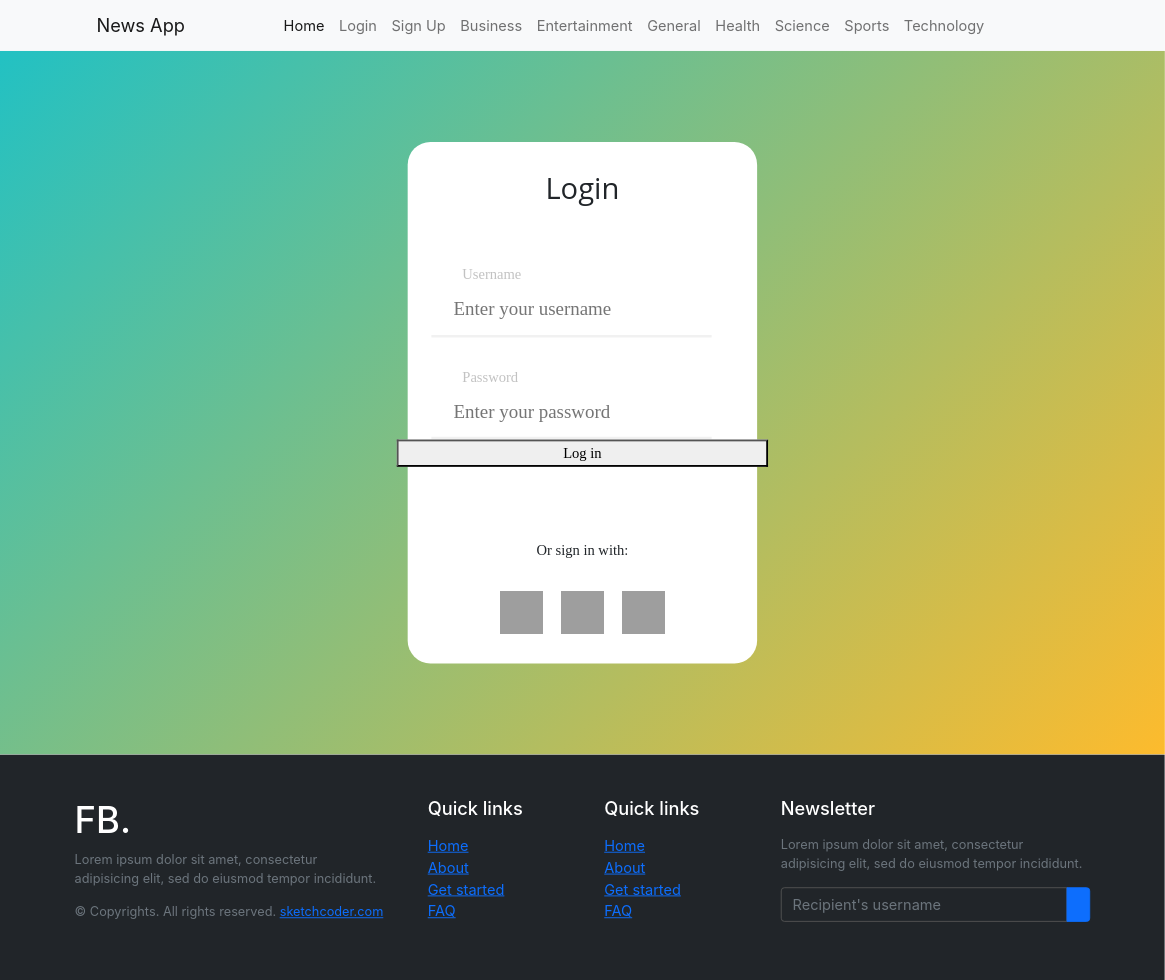
Repository: ZainAkbar51214/News-Site
Page: /login
The author's editor kept a copy of each file at every save. The page is drawn from the files as they stood at one save, then again after the next save.
The browser window is 1280 px wide. The pictures show the whole page, at 91% of full size.
Pictures or frames that could not be fetched are drawn as grey boxes. The project was rebuilt for these pictures with package versions that can differ from the ones it lists, and the page was loaded fresh each time. Also part of the build but not shown: src/Components/pages/SignUp.jsx, src/Components/Layouts/NewsItem.js, src/Components/Spinner.jsx, src/Components/Layouts/News.js.

Above is the page before, as saved 2023-12-18 03:52:16.

### public/index.html
<!DOCTYPE html>
<html lang="en">
  <head>
    <meta charset="utf-8" />
    <link rel="icon" href="%PUBLIC_URL%/favicon.ico" />
    <meta name="viewport" content="width=device-width, initial-scale=1" />
    <meta name="theme-color" content="#000000" />
    <meta
      name="description"
      content="Web site created using create-react-app"
    />
    <link rel="apple-touch-icon" href="%PUBLIC_URL%/logo192.png" />

    <link rel="manifest" href="%PUBLIC_URL%/manifest.json" />

    <title>News App</title>
    <!-- Bootstrap cdn -->
    <link href="https://cdn.jsdelivr.net/npm/bootstrap@5.0.2/dist/css/bootstrap.min.css" rel="stylesheet" integrity="sha384-EVSTQN3/azprG1Anm3QDgpJLIm9Nao0Yz1ztcQTwFspd3yD65VohhpuuCOmLASjC" crossorigin="anonymous">
  </head>
  <body>
    <noscript>You need to enable JavaScript to run this app.</noscript>
    <div id="root"></div>


    <!-- Bootstrap Script -->
    <script src="https://cdn.jsdelivr.net/npm/@popperjs/core@2.9.2/dist/umd/popper.min.js" integrity="sha384-IQsoLXl5PILFhosVNubq5LC7Qb9DXgDA9i+tQ8Zj3iwWAwPtgFTxbJ8NT4GN1R8p" crossorigin="anonymous"></script>
<script src="https://cdn.jsdelivr.net/npm/bootstrap@5.0.2/dist/js/bootstrap.min.js" integrity="sha384-cVKIPhGWiC2Al4u+LWgxfKTRIcfu0JTxR+EQDz/bgldoEyl4H0zUF0QKbrJ0EcQF" crossorigin="anonymous"></script>
  </body>
</html>

### src/App.js
import React from "react";
import {
  BrowserRouter as Router,
  Switch,
  Route
} from "react-router-dom";
import Navbar from './Components/Header/Navbar';
import Footer from './Components/Footer/Footer';
import Login from "./Components/pages/Login";
import SignUp from "./Components/pages/SignUp";
import News from "./Components/Layouts/News";

function App() {
  return (
    <Router>
      <Navbar />
        <Switch>
          <Route path="/" exact><News key="general" pageSize={5} country="in" category="general" /></Route>
          <Route path="/business" exact><News key="business" pageSize={5} country="in" category="business" /></Route>
          <Route path="/entertainment" exact><News key="entertainment" pageSize={5} country="in" category="entertainment" /></Route>
          <Route path="/health" exact><News key="health" pageSize={5} country="in" category="health" /></Route>
          <Route path="/science" exact><News key="science" pageSize={5} country="in" category="science" /></Route>
          <Route path="/sports" exact><News key="sports" pageSize={5} country="in" category="sports" /></Route>
          <Route path="/technology" exact><News key="technology" pageSize={5} country="in" category="technology" /></Route>
          <Route path="/login">
            <Login />
          </Route>
          <Route path="/sign-up">
            <SignUp />
          </Route>
        </Switch>
      <Footer />
  </Router>
  );
}

export default App;

### src/Components/Header/Navbar.jsx
import React, { Component } from 'react';
import { Link } from 'react-router-dom';

class Navbar extends Component {
    render() {
        return (
            <div>
                <div className="container-fluid bg-light">
                <div className="container">
                    <div className="row">
                        <div className="col-md-12">
                            <nav className="navbar navbar-expand-lg navbar-light">
                                <div className="container-fluid">
                                    <Link className="navbar-brand" to="/">News App</Link>
                                    <button className="navbar-toggler" type="button" data-bs-toggle="collapse" data-bs-target="#navbarSupportedContent" aria-controls="navbarSupportedContent" aria-expanded="false" aria-label="Toggle navigation">
                                        <span className="navbar-toggler-icon"></span>
                                    </button>
                                    <div className="collapse navbar-collapse" id="navbarSupportedContent">
                                        <ul className="navbar-nav mx-auto mb-2 mb-lg-0">
                                            <li className="nav-item">
                                                <Link className="nav-link active" aria-current="page" to="/">Home</Link>
                                            </li>
                                            <li className="nav-item">
                                                <Link className="nav-link" to="/login">Login</Link>
                                            </li>
                                            <li className="nav-item">
                                                <Link className="nav-link" to="/sign-up">Sign Up</Link>
                                            </li>
                                            <li className="nav-item">
                                                <Link className="nav-link" to="/business">Business</Link>
                                            </li>
                                            <li className="nav-item">
                                                <Link className="nav-link" to="/entertainment">Entertainment</Link>
                                            </li>
                                            <li className="nav-item">
                                                <Link className="nav-link" to="/">General</Link>
                                            </li>
                                            <li className="nav-item">
                                                <Link className="nav-link" to="/health">Health</Link>
                                            </li>
                                            <li className="nav-item">
                                                <Link className="nav-link" to="/science">Science</Link>
                                            </li>
                                            <li className="nav-item">
                                                <Link className="nav-link" to="/sports">Sports</Link>
                                            </li>
                                            <li className="nav-item">
                                                <Link className="nav-link" to="/technology">Technology</Link>
                                            </li>
                                        </ul>
                                    </div>
                                </div>
                            </nav>
                        </div>
                    </div>
                </div>
            </div>
            </div>
        );
    }
}

export default Navbar;

### src/Components/Footer/Footer.jsx
import React from "react";
import { Link } from "react-router-dom";
import '../Footer/Footer.css';

const Navbar = () => {
    return (
        <>
            <div className="d-flex flex-column h-100" style={{overflow: 'hidden'}}>
                {/* <!-- FOOTER --> */}
                <footer className="w-100 py-4 flex-shrink-0">
                    <div className="container py-4">
                        <div className="row gy-4 gx-5">
                            <div className="col-lg-4 col-md-6">
                                <h5 className="h1 text-white">FB.</h5>
                                <p className="small text-muted">Lorem ipsum dolor sit amet, consectetur adipisicing elit, sed do eiusmod tempor incididunt.</p>
                                <p className="small text-muted mb-0">&copy; Copyrights. All rights reserved. <Link className="text-primary" to="https://sketchcoder.com" target="_blank">sketchcoder.com</Link></p>
                            </div>
                            <div className="col-lg-2 col-md-6">
                                <h5 className="text-white mb-3">Quick links</h5>
                                <ul className="list-unstyled text-muted">
                                    <li><Link to="#">Home</Link></li>
                                    <li><Link to="#">About</Link></li>
                                    <li><Link to="#">Get started</Link></li>
                                    <li><Link to="#">FAQ</Link></li>
                                </ul>
                            </div>
                            <div className="col-lg-2 col-md-6">
                                <h5 className="text-white mb-3">Quick links</h5>
                                <ul className="list-unstyled text-muted">
                                    <li><Link to="#">Home</Link></li>
                                    <li><Link to="#">About</Link></li>
                                    <li><Link to="#">Get started</Link></li>
                                    <li><Link to="#">FAQ</Link></li>
                                </ul>
                            </div>
                            <div className="col-lg-4 col-md-6">
                                <h5 className="text-white mb-3">Newsletter</h5>
                                <p className="small text-muted">Lorem ipsum dolor sit amet, consectetur adipisicing elit, sed do eiusmod tempor incididunt.</p>
                                <form action="#">
                                    <div className="input-group mb-3">
                                        <input className="form-control" type="text" placeholder="Recipient's username" aria-label="Recipient's username" aria-describedby="button-addon2" />
                                        <button className="btn btn-primary" id="button-addon2" type="button"><i className="fas fa-paper-plane"></i></button>
                                    </div>
                                </form>
                            </div>
                        </div>
                    </div>
                </footer>
            </div>
        </>
    )
}

export default Navbar;

### src/Components/pages/Login.jsx
import React, { Component } from 'react';
// import { Link } from 'react-router-dom';


class Login extends Component{
  render(){
    return(
      <div className='container-fluid bg-login'>
        <div id="loginform">
        <FormHeader title="Login" />
        <Form />
        <OtherMethods />
      </div>
      </div>
    )
  }
}

const FormHeader = props => (
    <h2 id="headerTitle">{props.title}</h2>
);


const Form = props => (
   <div>
     <FormInput description="Username" placeholder="Enter your username" type="text" />
     <FormInput description="Password" placeholder="Enter your password" type="password"/>
     <FormButton title="Log in"/>
   </div>
);

const FormButton = props => (
  <div id="button" className="row">
    <button>{props.title}</button>
  </div>
);

const FormInput = props => (
  <div className="row row-lab">
    <label>{props.description}</label>
    <input type={props.type} placeholder={props.placeholder}/>
  </div>
);

const OtherMethods = props => (
  <div id="alternativeLogin">
    <label>Or sign in with:</label>
    <div id="iconGroup">
      <Facebook />
      <Twitter />
      <Google />
    </div>
  </div>
);

const Facebook = props => (
  <a href="#" id="facebookIcon"></a>
);

const Twitter = props => (
  <a href="#" id="twitterIcon"></a>
);

const Google = props => (
  <a href="#" id="googleIcon"></a>
);



export default Login;

### src/Components/Footer/Footer.css
/* ==========================================
    FOR DEMO PURPOSE
  ========================================== */

  .text-small {
    font-size: 0.9rem;
  }

  .form-control {
    background: #212529;
    border-color: #545454;
  }

  .form-control:focus {
    background: #212529;
  }

  footer {
    background: #212529;
  }

### src/App.css
.App {
  text-align: center;
}

.App-logo {
  height: 40vmin;
  pointer-events: none;
}

@media (prefers-reduced-motion: no-preference) {
  .App-logo {
    animation: App-logo-spin infinite 20s linear;
  }
}

.App-header {
  background-color: #282c34;
  min-height: 100vh;
  display: flex;
  flex-direction: column;
  align-items: center;
  justify-content: center;
  font-size: calc(10px + 2vmin);
  color: white;
}

.App-link {
  color: #61dafb;
}

@keyframes App-logo-spin {
  from {
    transform: rotate(0deg);
  }
  to {
    transform: rotate(360deg);
  }
}

/* Login Css */
.bg-login{
  background: rgb(34,193,195);
  background: linear-gradient(135deg, rgba(34,193,195,1) 0%,     rgba(253,187,45,1) 100%);
  font-family: "work sans";
  padding: 100px 0;
  display: flex;
  justify-content: center;
}
#loginform{
  max-width: 500px;
  min-width: 300px;
  max-height: 700px;
  width: 30%;
  height: 60%;
  background-color: #FFFFFF;
  border-radius: 25px;
}

#headerTitle{
  text-align: center;
  font-family: 'open sans', sans-serif;
  padding: 2rem 0;
  margin: 0;
  font-size: 2rem;
}

.row-lab{
  display: flex;
  flex-direction: column;
  align-items: center;
  padding-top: 2rem;
  max-width: 100%;

}

.row-lab input{
  width: 80%;
  box-sizing: border-box;
	border: none;
  font-size: 1.3rem;
  padding-left: 1.5rem;
  padding-bottom: 1rem;
  box-shadow: inset 0px -3px 0px 0px rgba(187,187,187,0.2);
  transition: box-shadow 0.2s ease-in;
}

.row-lab input:focus{
   box-shadow: inset 0px -3px 0px 0px rgba(34,193,195,0.7);
   outline: none;
}

.row-lab input::-webkit-input-placeholder{
  opacity: 1;
  transition: opacity 0.25s ease-out;
}

.row-lab input:hover::-webkit-input-placeholder,
.row-lab input:focus::-webkit-input-placeholder{
  opacity: 0;
}

.row-lab label{
  align-self: start;
  padding-left: 4.5rem;
  padding-bottom: 0.5rem;
  color: rgba(187,187,187,0.9);
}

.row-lab button{
  border-radius: 25px;
  width: 80%;
  height: 40px;
  font-size: 1.3rem;
  color: white;
  font-weight: 700;
  background: rgb(34,193,195);
  background: linear-gradient(90deg, rgba(34,193,195,1) 0%,     rgba(253,187,45,1) 100%);
  border: 0px;
  cursor: pointer;
  transition: opacity 0.25s ease-out;
}

.row-lab button:hover{
  opacity: 0.8;
}

#button{
  padding-bottom: 1.5rem;
}

#facebookIcon{
  background-image:      url("https://image.flaticon.com/icons/svg/145/145802.svg");
  background-repeat: no-repeat;
  width: 3rem;
  height: 3rem;
}

#twitterIcon{
  background-image: url("https://image.flaticon.com/icons/svg/145/145812.svg");
  background-repeat: no-repeat;
  width: 3rem;
  height: 3rem;
}

#googleIcon{
  background-image: url("https://image.flaticon.com/icons/svg/145/145804.svg");
  background-repeat: no-repeat;
  width: 3rem;
  height: 3rem;
}

#iconGroup{
  display: flex;
  justify-content: center;
  padding: 2rem 0;
}

#iconGroup a{
  margin: 0 0.6rem;
}

#alternativeLogin {
   text-align: center;
   padding-top: 2rem;
   margin-top: 1.5rem;
}

Loaded but not shown: src/index.js (common file); src/index.css (common file); src/reportWebVitals.js (common file)

After the next save:
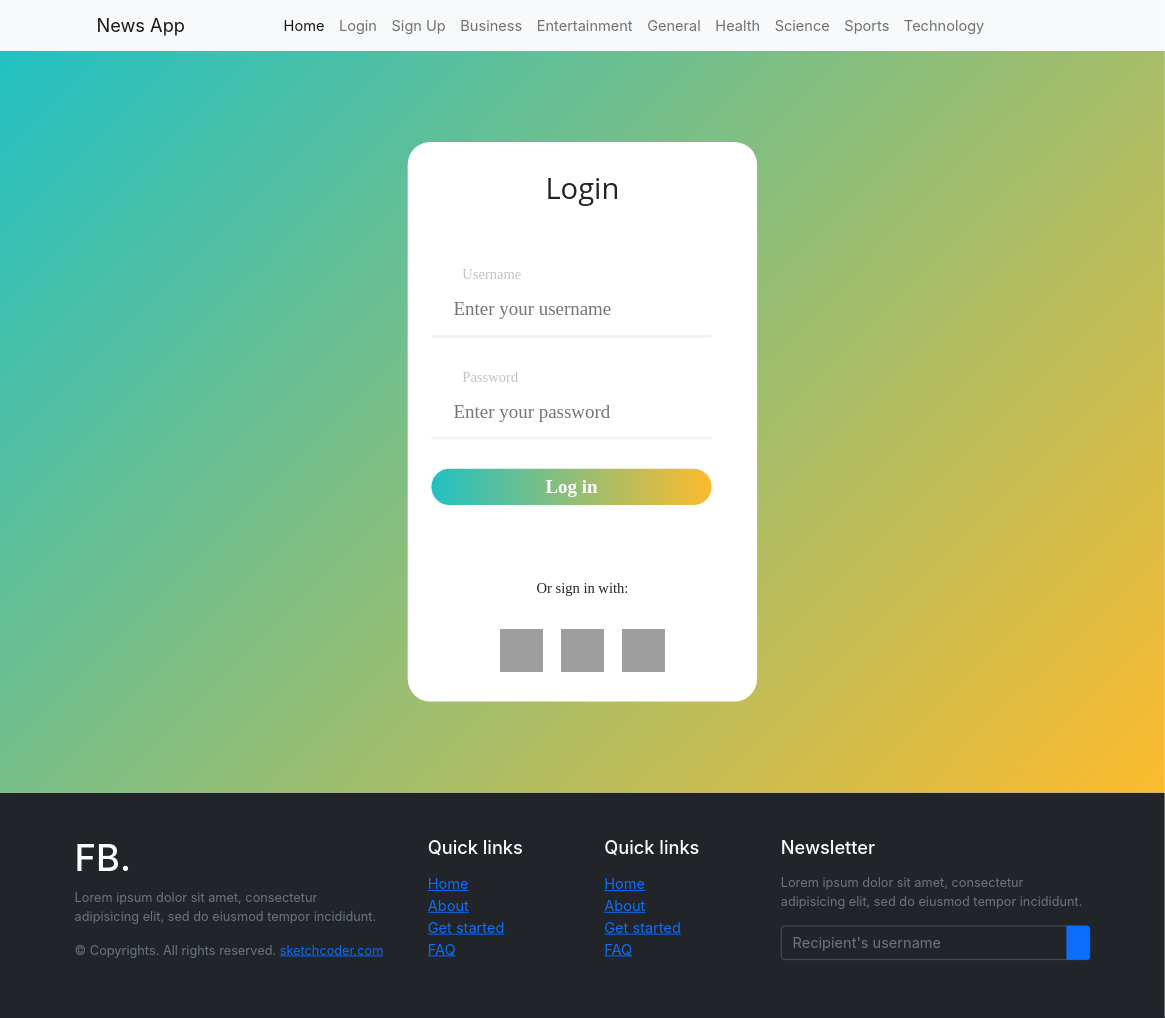
Saved 31 s later.
--- a/src/Components/pages/Login.jsx
+++ b/src/Components/pages/Login.jsx
@@ -30,7 +30,7 @@ const Form = props => (
 );
 
 const FormButton = props => (
-  <div id="button" className="row">
+  <div id="button" className="row row-lab">
     <button>{props.title}</button>
   </div>
 );
